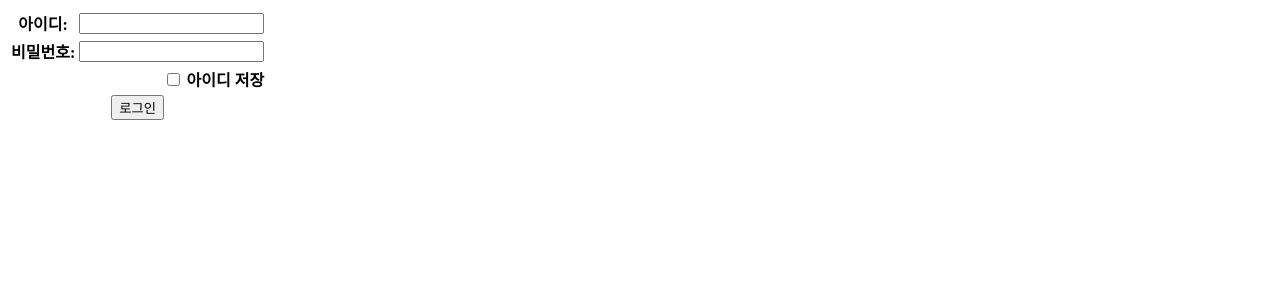
Repository: namubal78/practice-workspace
Page: http://localhost/Practice/
An editor plug-in stored every save of this project. The page is shown before and after the next save, followed by the edit.
The browser window is 1280 px wide. The pictures show the whole page.
The page is served by Tomcat 9. Nobody is signed in. The application's start-up code is not run.

Above is the page before, as saved 2023-03-03 06:18:48.

After the next save:
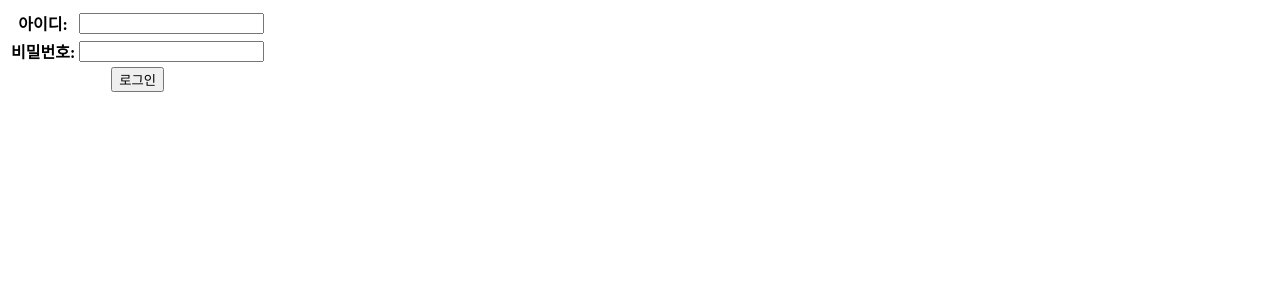
Saved 89 s later.
--- a/Practice/src/main/webapp/index.jsp
+++ b/Practice/src/main/webapp/index.jsp
@@ -41,12 +41,6 @@
 	                    <th>비밀번호: </th>
 	                    <td><input type="password" name="memberPwd" required></td>
 	                </tr>
-	                <tr align="right">
-	                    <th colspan="2">
-	                        <input type="checkbox" ${empty cookie.memberId.value ? "":"checked" } id="savedId" name="savedId">
-	                        <label for="sevedId">아이디 저장</label>
-	                    </th>
-	                </tr>
 	                <tr>
 	                    <th colspan="2">
 	                        <button type="submit">로그인</button>
